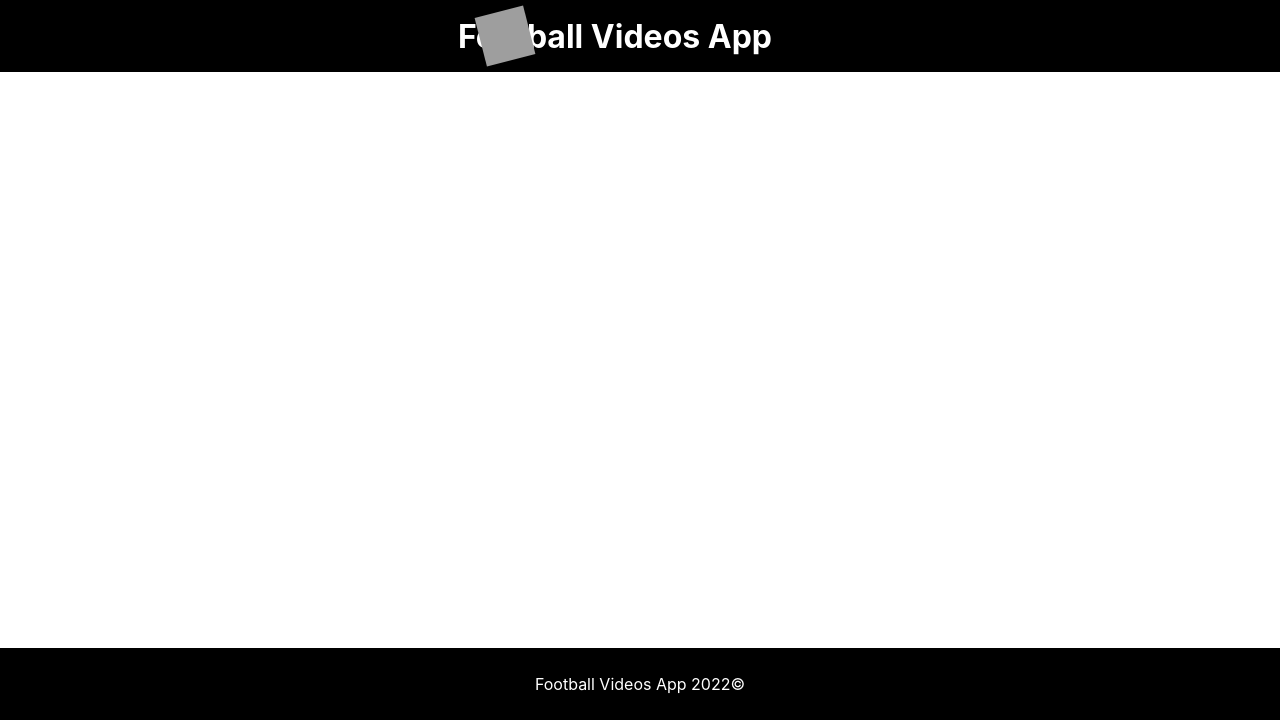
Repository: Ellisvelandia/Football-Videos-App-with-ReactJS
Page: /
An editor plug-in stored every save of this project. The page is shown before and after the next save, followed by the edit.
The browser window is 1280 px wide. The pictures show the whole page.
Pictures or frames that could not be fetched are drawn as grey boxes. The page's requests for data from a server got no answer. The project was rebuilt for these pictures with package versions that can differ from the ones it lists, and the page was loaded fresh each time. No one was signed in, and anything a server would have sent is missing.

Above is the page before, as saved 2022-08-25 14:41:16.

### src/App.js
import './App.css';
import Navbar from './components/Navbar';
import Content from './components/Content';
import Footer from './components/Footer';

function App() {
  return (
    <div className="App">
     <Navbar/>
     <Content/>
     <Footer/>
    </div>
  );
}

export default App;

### src/App.css
* {
  padding: 0;
  margin: 0;
  box-sizing: border-box;
}

.App {
  max-width: 100%;
  height: 100vh;
}

.navbar {
  width: 100%;
  height: 10vh;
  background-color: #000;
  color: #fff;
  display: flex;
  justify-content: center;
  align-items: center;
  text-align: center;
}

.content-container {
  width: 100%;
  min-height: 80vh;
  display: grid;
  grid-template-columns: repeat(4, 1fr);
  justify-items: center;
}

img {
  width: 350px;
  height: 250px;
  border: 1px solid #f33333;
  border-radius: 5px;
}

.video-div {
  display: flex;
  align-items: center;
  justify-content: center;
  flex-direction: column;
  text-align: center;
  margin: 20px 0;
  transition: all 0.5s ease;
}

.video-div:hover {
  transform: scale(1.1);
}

.footer {
  width: 100%;
  height: 10vh;
  background-color: #000;
  color: #fff;
  display: flex;
  justify-content: center;
  align-items: center;
  text-align: center;
}

.soccer {
  background: url(http://upload.wikimedia.org/wikipedia/en/e/ec/Soccer_ball.svg);
  background-size: 50px 50px;
  height: 50px;
  width: 50px;
  position: relative;
  -webkit-animation: roll 4.5s infinite;
  -moz-animation: roll 4.5s infinite;
  animation: roll 4.5s infinite;
}

@-moz-keyframes roll {
  0% {
    left: 0px;
    -webkit-transform: rotate(-360deg);
  }
  50% {
    left: 100px;
    -webkit-transform: rotate(360deg);
  }
  100% {
    left: 0px;
    -webkit-transform: rotate(-360deg);
  }
}
@-webkit-keyframes roll {
  0% {
    left: 0px;
    -webkit-transform: rotate(-360deg);
  }
  50% {
    left: 100px;
    -webkit-transform: rotate(360deg);
  }
  100% {
    left: 0px;
    -webkit-transform: rotate(-360deg);
  }
}

@keyframes roll {
  0% {
    left: 0px;
    -webkit-transform: rotate(-360deg);
  }
  50% {
    left: -400px;
    -webkit-transform: rotate(360deg);
  }
  100% {
    left: 0px;
    -webkit-transform: rotate(-360deg);
  }
}

.world-cup {
  color: #82ae6f;
  text-align: center;
}

### src/components/Navbar.jsx
import React from "react";
import "../App";
import Ball from "./Ball";

const Navbar = () => {
  return (
    <div className="navbar">
      <h1> Football Videos App</h1>
      <Ball />
    </div>
  );
};

export default Navbar;

### src/components/Content.jsx
import axios from "axios";
import React, { useState, useEffect } from "react";
import "../App";

const Content = () => {
  const [data, setData] = useState([]);

  useEffect(() => {
    axios({
      method: "GET",
      url: "https://www.scorebat.com/video-api/v3/feed/?token=[MjQ2MDJfMTY2MTQ1MDk2NF84OTM4NDA2YjIyNDgzMDgwYTVjZTY4NTdlMmI5MmJiMjgxMzc4MDJj]",
    })
      .then((res) => {
        console.log(res.data);
        setData(res.data.response);
      })
      .catch((e) => console.log(e));
  }, []);

  return (
    <div className="content-container">
      {data.map((item) => (
        <div
          className="video-div"
          key={item.title}
          onClick={() => window.open(item.matchviewUrl)}
        >
          <div>
            <h4>{item.title}</h4>
          </div>
          <div>
            <img src={item.thumbnail} alt="#" />
          </div>
        </div>
      ))}
    </div>
  );
};

export default Content;

### src/components/Footer.jsx
import React from "react";
import "../App";

const Footer = () => {
  return (
    <div className="footer">
      <p>Football Videos App 2022&copy;</p>
    </div>
  );
};

export default Footer;

### src/components/Ball.jsx
import React from 'react'
import "../App";

const Ball = () => {
  return (
    <div class="soccer"></div>
  )
}

export default Ball

Loaded but not shown: public/index.html (common file); src/index.js (common file); src/index.css (common file)

After the next save:
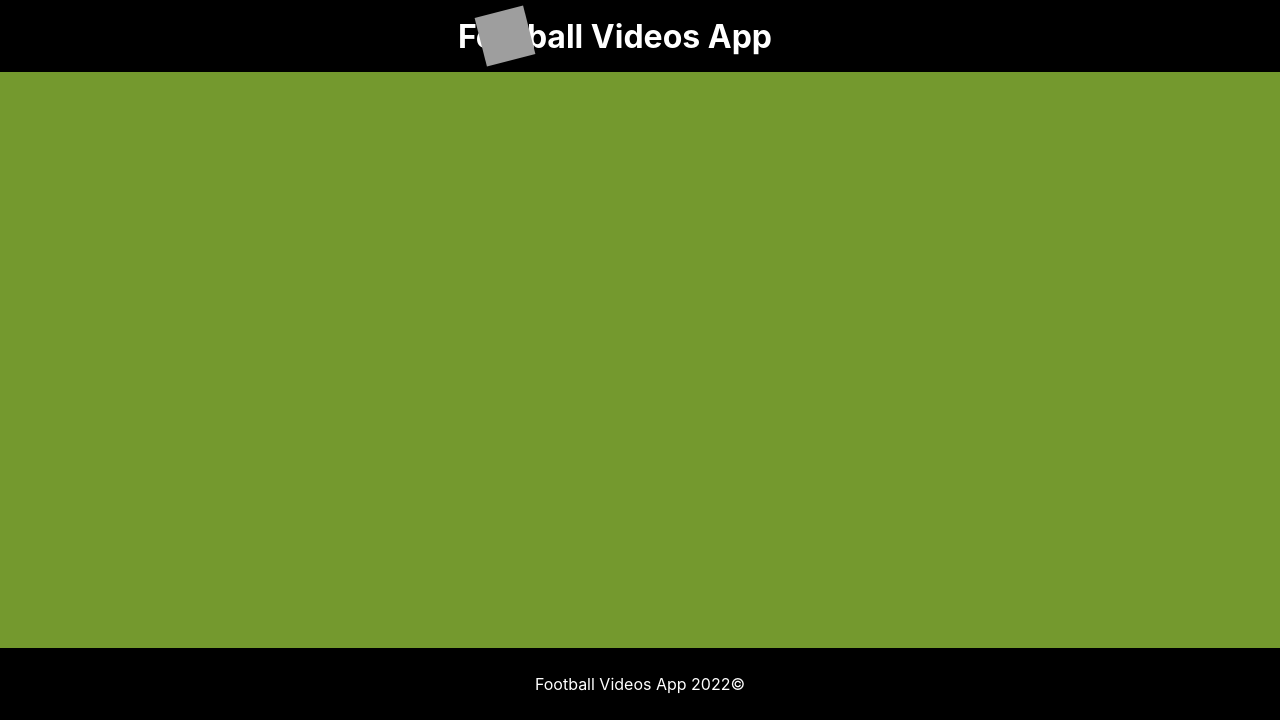
Saved 3 min 5 s later.
--- a/src/App.css
+++ b/src/App.css
@@ -7,6 +7,7 @@
 .App {
   max-width: 100%;
   height: 100vh;
+  background-color: #74992e;
 }
 
 .navbar {

After the save that followed:
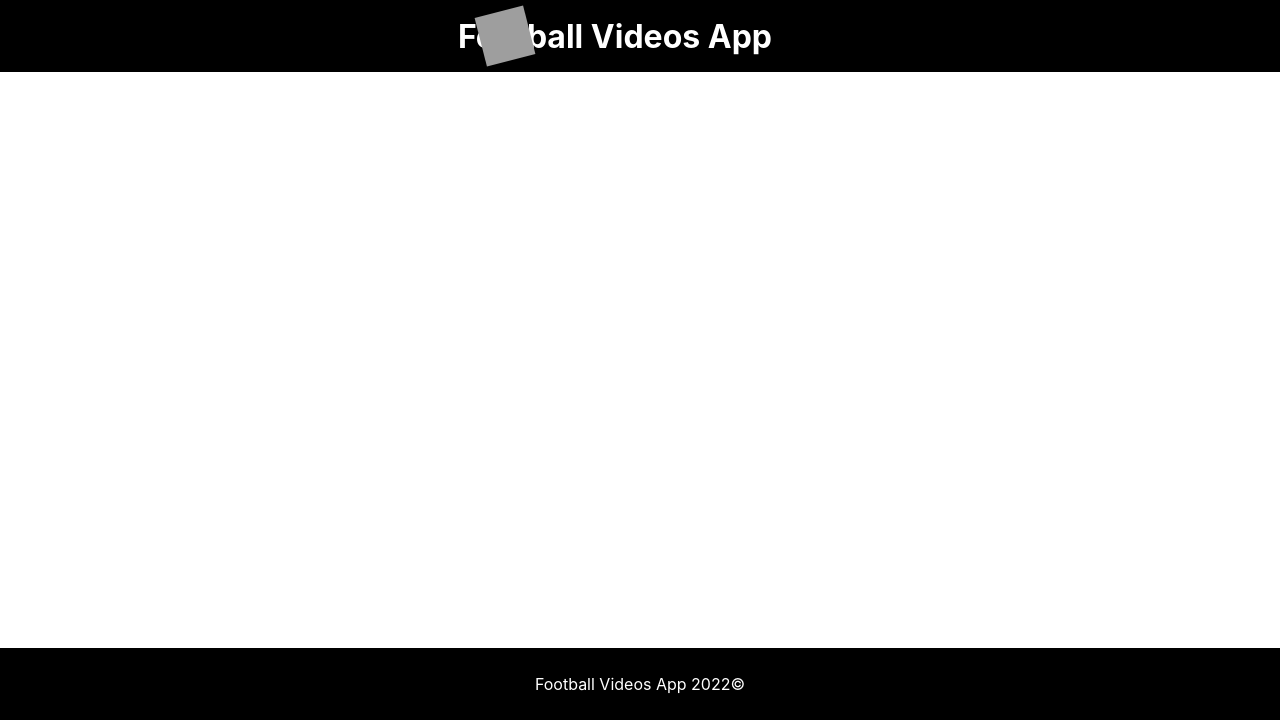
Saved 15 s later.
--- a/src/App.css
+++ b/src/App.css
@@ -7,7 +7,6 @@
 .App {
   max-width: 100%;
   height: 100vh;
-  background-color: #74992e;
 }
 
 .navbar {
